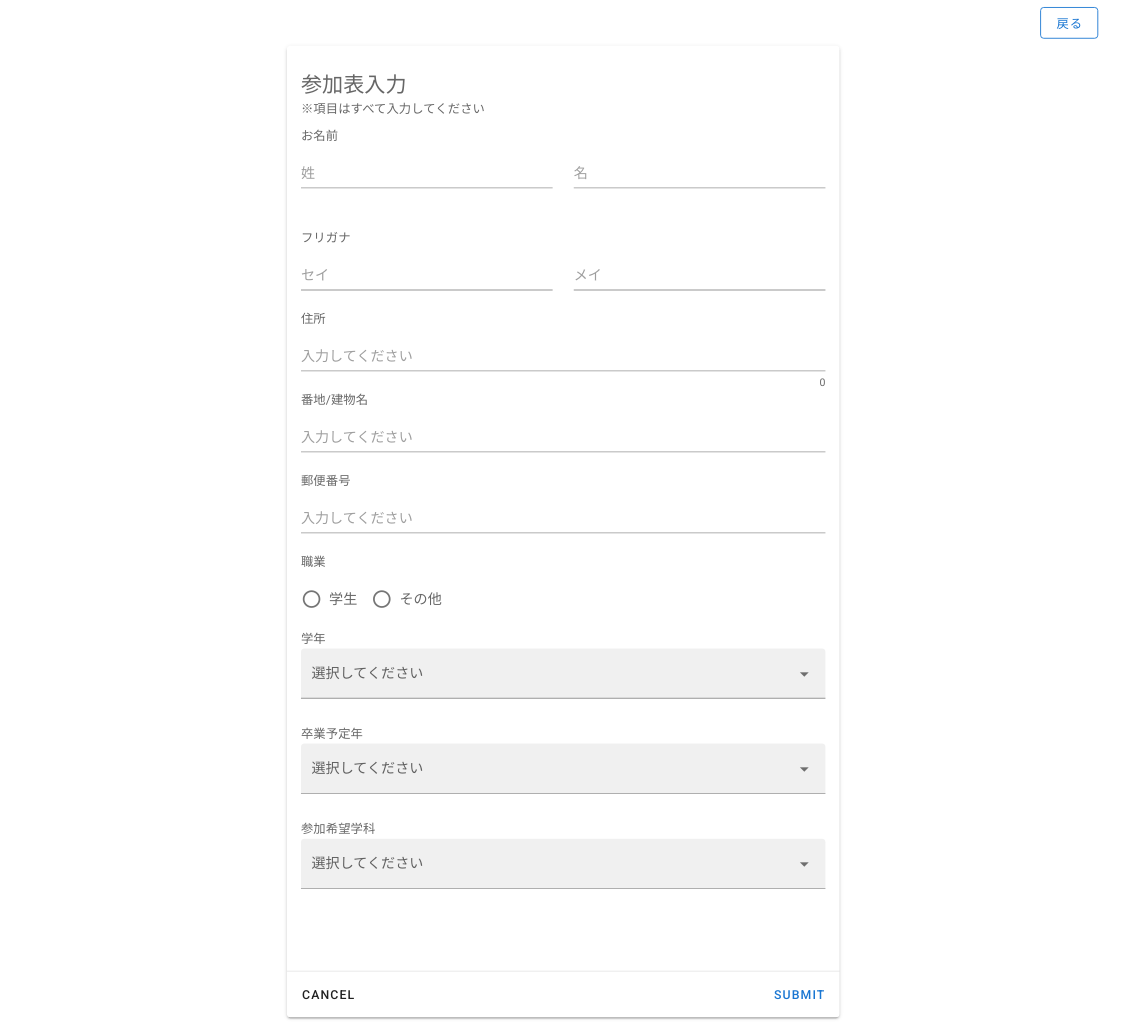
Repository: taniwhy/open-campus-system
Page: /#/register (app in client_view/)
These files come from the project's save history. The page is drawn as it stood at one moment and after the next save; the edit follows.
The browser window is 1280 px wide. The page is 1292 px wide, so the pictures cover 1292 px, including what lies to the right of the window. The pictures show the whole page, at 88% of full size.
The project was rebuilt for these pictures with package versions that can differ from the ones it lists, and the page was loaded fresh each time. Also part of the build but not shown: client_view/vue.config.js, client_view/src/components/Home.vue, client_view/src/components/Login.vue, client_view/src/components/Branch.vue.

Above is the page before, as saved 2019-11-28 10:19:43.

After the next save:
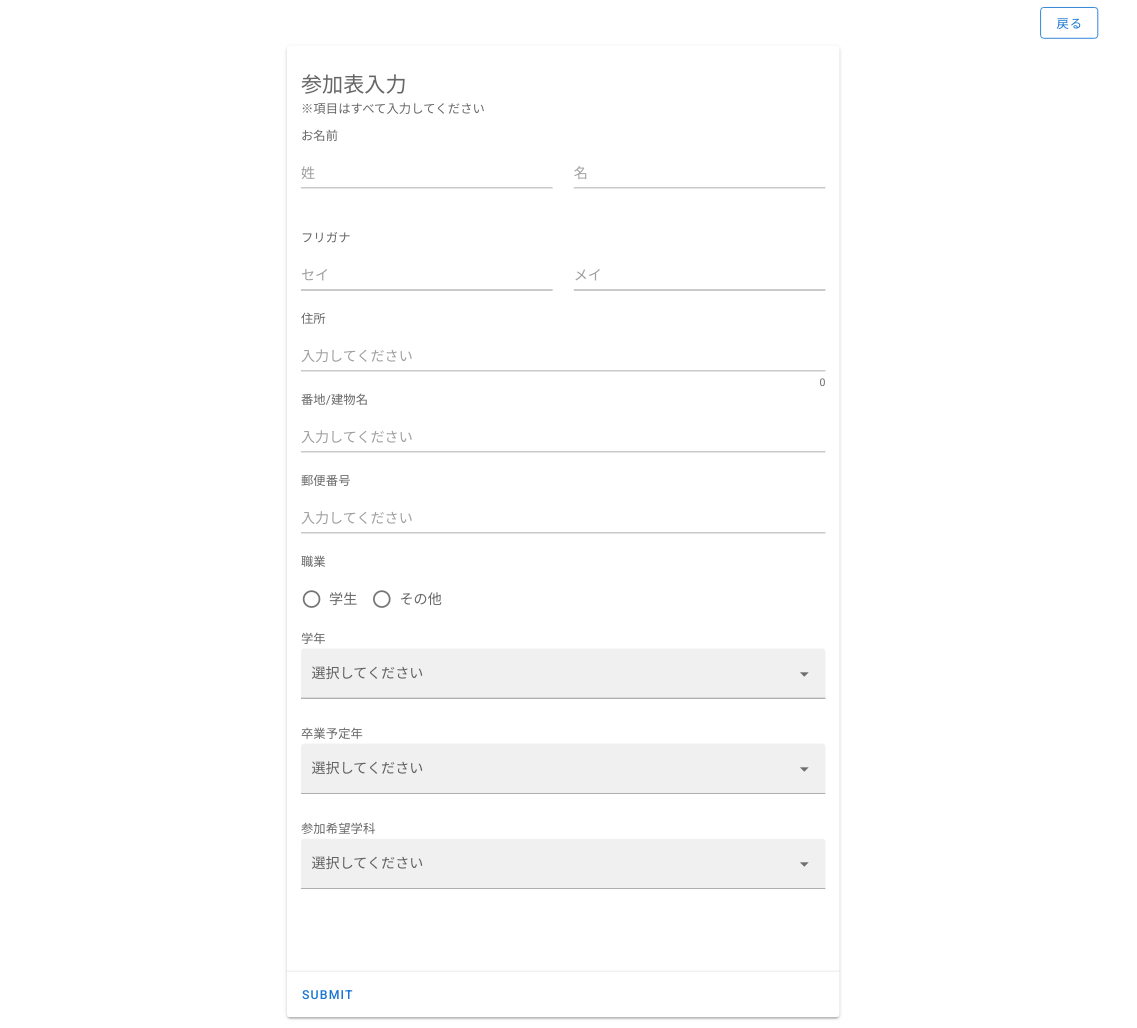
Saved 81 s later.
--- a/client_view/src/components/Register.vue
+++ b/client_view/src/components/Register.vue
@@ -28,7 +28,7 @@
                   :error-messages="errorMessages"
                   placeholder="姓"
                   required
-                  width=100px
+                  width="100px"
                 ></v-text-field>
               </v-col>
               <v-col>
@@ -101,18 +101,6 @@
           </v-card-text>
           <v-divider class="mt-12"></v-divider>
           <v-card-actions>
-            <v-btn text>Cancel</v-btn>
-            <v-spacer></v-spacer>
-            <v-slide-x-reverse-transition>
-              <v-tooltip v-if="formHasErrors" left>
-                <template v-slot:activator="{ on }">
-                  <v-btn icon class="my-0" @click="resetForm" v-on="on">
-                    <v-icon>mdi-refresh</v-icon>
-                  </v-btn>
-                </template>
-                <span>Refresh form</span>
-              </v-tooltip>
-            </v-slide-x-reverse-transition>
             <v-btn color="primary" text @click="submit">Submit</v-btn>
           </v-card-actions>
         </v-card>
@@ -127,10 +115,20 @@
   data: () => ({
     gakunen_items: ["1学年", "2学年", "3学年", "4学年"],
     yotei_items: ["2020年", "2021年", "2022年", "2023年"],
-    gakka_items: ["医療福祉事務学科", "診療情報管理士学科", "ホテルブライダル学科",
-    "経営アシスト学科", "公務員・公務員速修学科", "保育学科", "情報スペシャリスト学科",
-    "情報システム学科", "ゲームクリエイター・ゲームプログラマー学科", "データマーケター学科",
-    "ネット動画クリエイター学科", "CGデザイン学科"]
+    gakka_items: [
+      "医療福祉事務学科",
+      "診療情報管理士学科",
+      "ホテルブライダル学科",
+      "経営アシスト学科",
+      "公務員・公務員速修学科",
+      "保育学科",
+      "情報スペシャリスト学科",
+      "情報システム学科",
+      "ゲームクリエイター・ゲームプログラマー学科",
+      "データマーケター学科",
+      "ネット動画クリエイター学科",
+      "CGデザイン学科"
+    ]
   })
 };
 </script>
